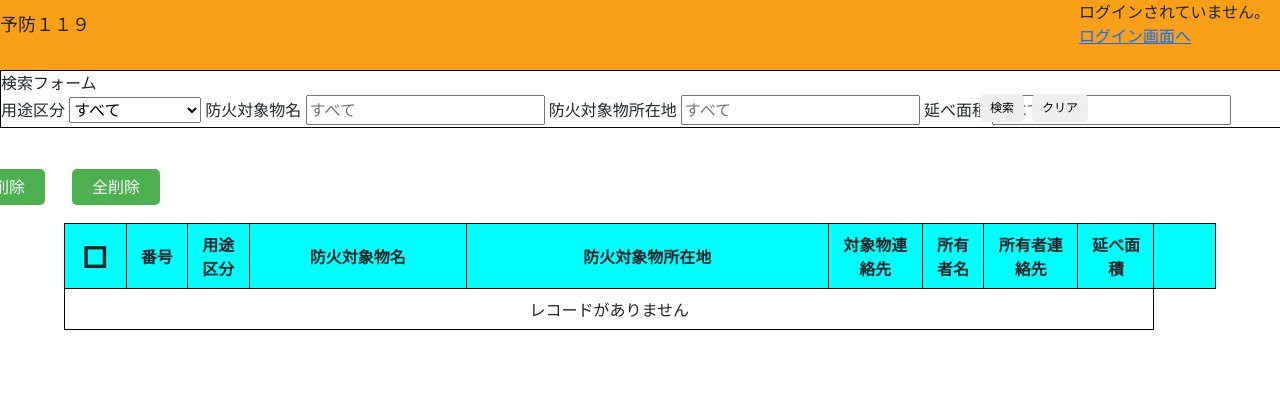
Repository: akarisuki/docker-taishobutu_app
Page: http://localhost/taishobutu_app/taishobutu/taishobutu_index.php
An editor plug-in stored every save of this project. The page is shown before and after the next save, followed by the edit.
The browser window is 1280 px wide. The pictures show the whole page.
The page is run by PHP 8.4 with error messages shown; the project is at /var/www/html/. Style sheets and scripts are compiled from the project's sources, by tool versions that may differ from the author's. The database holds what the project's SQL file puts in it.

Above is the page before, as saved 2023-12-23 00:37:32.
Console error: ReferenceError: $ is not defined

After the next save:
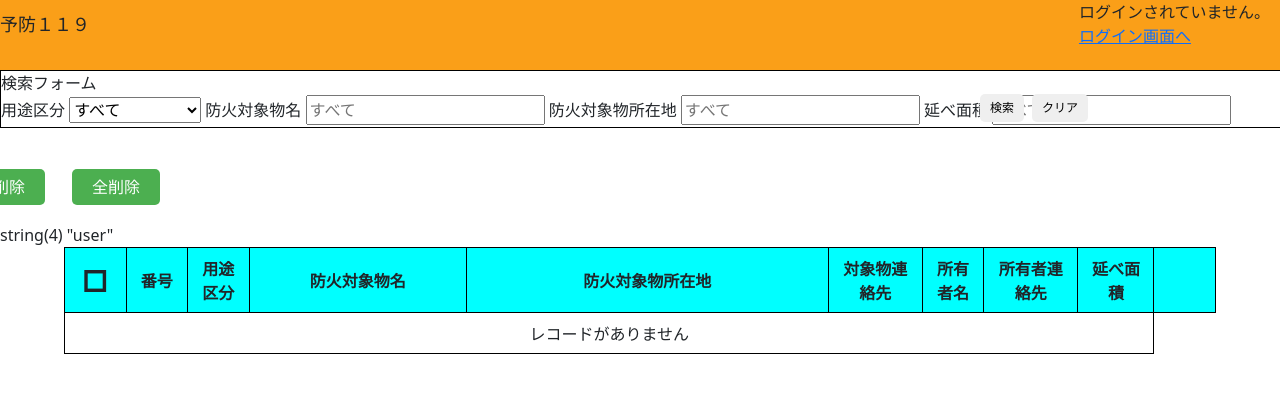
Saved 80 s later.
--- a/src/taishobutu_app/taishobutu/taishobutu_index.php
+++ b/src/taishobutu_app/taishobutu/taishobutu_index.php
@@ -11,7 +11,7 @@ include("../common/cookie_user.php");
 
 $fire_dept_code = $_SESSION['fire_dept_code'] ?? null;
 
-
+var_dump($user);
 
 if (isset($_POST['search'])) {
   $_SESSION['search_appendix'] = isset($_POST['search_appendix']) ? (int)$_POST['search_appendix'] : 0;
